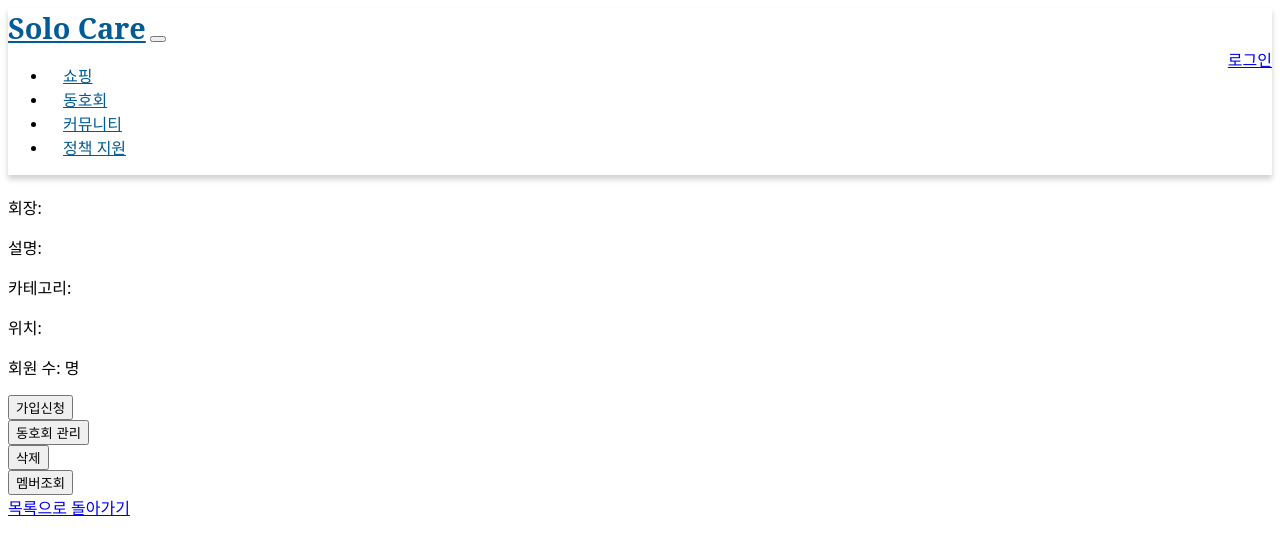
Repository: HB1112/cloud
Page: http://localhost/Solocare/WEB-INF/views/club/clubDetail.jsp
An editor plug-in stored every save of this project. The page is shown before and after the next save, followed by the edit.
The browser window is 1280 px wide. The pictures show the whole page.
The page is served by Tomcat 9. Nobody is signed in. Other server files are loaded and not shown. The template is opened directly, without the code that normally fills it, so the values that code supplies are empty.

Above is the page before, as saved 2024-12-24 05:02:34.

### Solocare/src/main/webapp/WEB-INF/views/club/clubDetail.jsp
<%@ page language="java" contentType="text/html; charset=UTF-8" pageEncoding="UTF-8"%>
<%@ taglib uri="http://java.sun.com/jsp/jstl/core" prefix="c" %>
<!DOCTYPE html>
<html>
<head>
<meta charset="UTF-8">
<title>동호회 상세 페이지</title>
<script>
function joinClub(clubNum) {
    // 현재 세션의 멤버 ID를 가져오기 위해 AJAX 요청
    fetch(`${pageContext.request.contextPath}/club/checkMembership?clubNum=${clubNum}`, {
        method: 'GET'
    })
    .then(response => response.json())
    .then(data => {
        if (data.isMember) {
            alert('이미 가입된 멤버입니다.');
        } else {
            // 가입 처리
            window.location.href = `${pageContext.request.contextPath}/club/join?clubNum=${clubNum}`;
        }
    })
    .catch(error => {
        console.error('Error:', error);
        alert('가입 확인 중 오류가 발생했습니다.');
    });
}
</script>
</head>
<body>
	<nav class="navbar navbar-expand-lg navbar-light fixed-top">
         <%@ include file="/WEB-INF/views/menu.jsp" %>
    </nav>
	<h2>${club.clubName}</h2>
	<p>회장: ${club.clubLeader}</p>
	<p>설명: ${club.clubDescription}</p>
	<p>카테고리: ${club.clubCategory}</p>
	<p>위치: ${club.region} ${club.district}</p>
	<p>회원 수: ${club.count} 명</p>

	<!-- 가입 버튼을 클릭하면 joinClub 함수가 호출됩니다. -->
	<button type="button" onclick="joinClub(${club.clubNum})" class="btn btn-primary btn-sm">가입신청</button>


	<form action="${pageContext.request.contextPath}/club/update/${club.clubNum}" method="get">
	    <input type="hidden" name="clubNum" value="${club.clubNum}"/>
	    <input type="submit" value="동호회 관리"/>
	</form>

	<form action="${pageContext.request.contextPath}/club/delete" method="post" onsubmit="return confirm('정말로 삭제하시겠습니까?');">
	    <input type="hidden" name="clubNum" value="${club.clubNum}"/>
	    <input type="submit" value="삭제"/>
	</form>

	<form action="${pageContext.request.contextPath}/club/membercheck" method="get">
	    <input type="hidden" name="clubNum" value="${club.clubNum}"/>
	    <input type="submit" value="멤버조회"/>
	</form>


	<a href="${pageContext.request.contextPath}/club/list">목록으로 돌아가기</a>


</body>
</html>

### Solocare/src/main/webapp/WEB-INF/views/menu.jsp
<%@ page contentType="text/html; charset=UTF-8" language="java" %>
   <style>
        body {
            font-family: 'Noto Sans', sans-serif;
        }
        .navbar {
            background-color: white;
            box-shadow: 0 4px 6px rgba(0, 0, 0, 0.1);
        }
        .navbar-brand {
            font-family: 'Noto Serif', serif;
            font-size: 1.8rem;
            font-weight: bold;
            color: #005B96;
            transition: transform 0.3s ease;
        }
        .navbar-brand:hover {
            transform: scale(1.1);
        }
        .navbar-nav .nav-link {
            margin: 0 15px;
            color: #005B96;
            font-weight: 500;
            transition: all 0.3s ease;
        }
        .navbar-nav .nav-link:hover {
            color: #FFD700;
            transform: translateY(-3px);
        }
        .dropdown-menu {
            background: #f8f9fa;
            border: none;
            border-radius: 5px;
            box-shadow: 0 4px 8px rgba(0, 0, 0, 0.1);
        }
        .dropdown-item {
            color: #005B96;
            font-weight: 500;
        }
        .dropdown-item:hover {
            background: #005B96;
            color: white;
        }
        .search {
            display: flex;
            align-items: center;
            margin-left: auto; /* 오른쪽 끝으로 붙이기 */
        }
        .search input {
            border-radius: 30px;
            border: 2px solid #005B96;
            margin-right: 10px; /* 검색창과 버튼 사이 간격 */
        }
        .search button {
            color: white;
            background: #005B96;
            border-radius: 50%;
            border: none;
            padding: 5px 10px;
        }
        .user-links {
        	display : flex;
            margin-left: 20px; /* 로그인/회원가입 간격 */
        }
        .main-content {
            margin-top: 80px; /* 내비게이션 바 높이에 맞춰 여백 추가 */
        }
        .navbar-collapse {
		    display: flex;
		    justify-content: space-between; /* 양쪽 끝으로 배치 */
		    width: 100%; /* 전체 너비 사용 */
		}
    </style>
<link href="https://fonts.googleapis.com/css2?family=Montserrat:wght@400;700&display=swap" rel="stylesheet">

<nav class="navbar navbar-expand-lg navbar-light fixed-top" style="font-family: 'Montserrat', sans-serif;">
    <a class="navbar-brand" href="/Solocare/home">Solo Care</a>
    <button class="navbar-toggler" type="button" data-toggle="collapse" data-target="#navbarNav" aria-controls="navbarNav" aria-expanded="false" aria-label="Toggle navigation">
        <span class="navbar-toggler-icon"></span>
    </button>
    <div class="collapse navbar-collapse" id="navbarNav">
        <ul class="navbar-nav">
            <li class="nav-item">
                <a class="nav-link" href="/Solocare/search">쇼핑</a>
            </li>
             <li class="nav-item">
                <a class="nav-link" href="/Solocare/club/board">동호회</a>
            </li>
            <li class="nav-item dropdown">
                <a class="nav-link" href="/Solocare/community">커뮤니티</a>
            </li>
            <li class="nav-item dropdown">
                <a class="nav-link dropdown-toggle" href="#" id="policyDropdown" role="button" data-toggle="dropdown" aria-haspopup="true" aria-expanded="false">
                    정책 지원
                </a>
            </li>
        </ul>

        <%
            if (request.getSession().getAttribute("mem") != null) {
        %>
            <div class="user-links">
                <p>${mem.name}님 환영합니다</p>
                <a href="/Solocare/infocheck" class="nav-link">내 정보</a>
                <a href="/Solocare/logout" class="nav-link">로그아웃</a>
                <a href="/Solocare/list" class="nav-link">일정관리</a>
            </div>
        <%
            } else {
        %>
            <div class="user-links">
                <a href="/Solocare/login" class="nav-link">로그인</a>
            </div>
        <%
            }
        %>
    </div>
</nav>

After the next save:
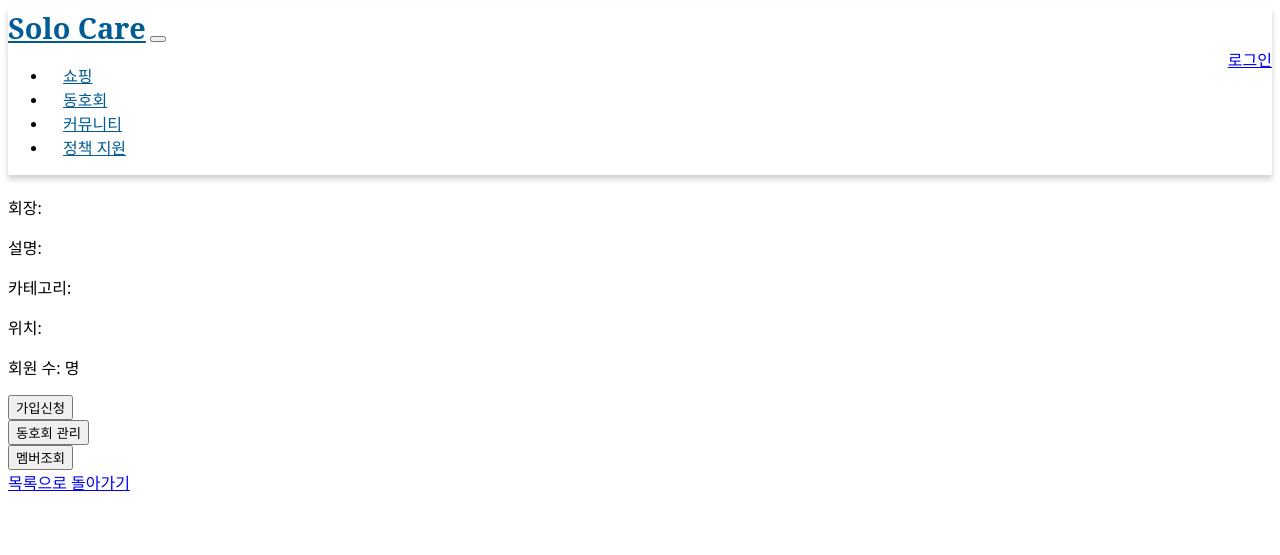
Saved 82 s later.
--- a/Solocare/src/main/webapp/WEB-INF/views/club/clubDetail.jsp
+++ b/Solocare/src/main/webapp/WEB-INF/views/club/clubDetail.jsp
@@ -47,11 +47,6 @@ function joinClub(clubNum) {
 	    <input type="submit" value="동호회 관리"/>
 	</form>
 
-	<form action="${pageContext.request.contextPath}/club/delete" method="post" onsubmit="return confirm('정말로 삭제하시겠습니까?');">
-	    <input type="hidden" name="clubNum" value="${club.clubNum}"/>
-	    <input type="submit" value="삭제"/>
-	</form>
-
 	<form action="${pageContext.request.contextPath}/club/membercheck" method="get">
 	    <input type="hidden" name="clubNum" value="${club.clubNum}"/>
 	    <input type="submit" value="멤버조회"/>
